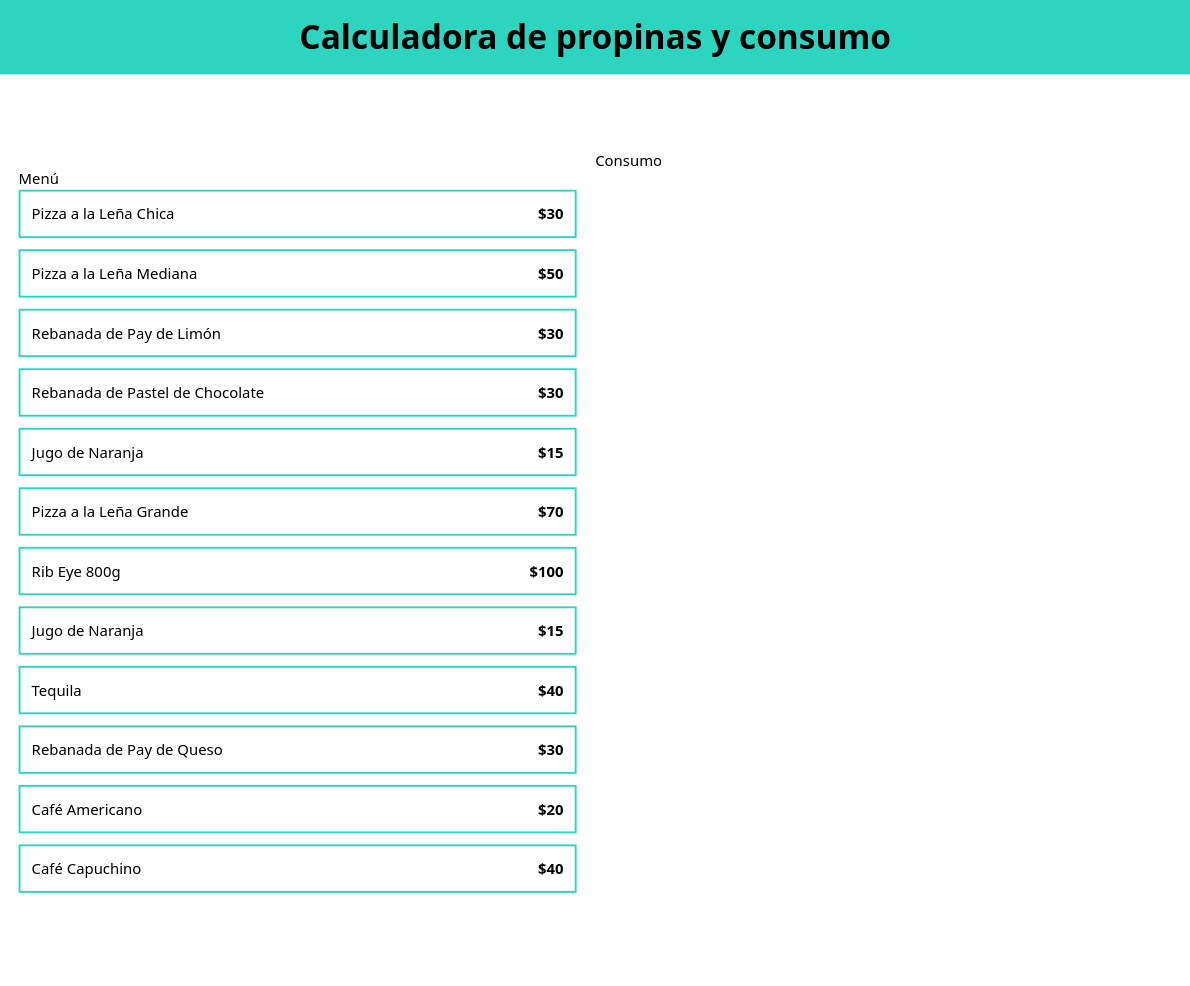
Repository: Samuel-Leal96/calculador_propinas
Page: /
The author's editor kept a copy of each file at every save. The page is drawn from the files as they stood at one save, then again after the next save.
The browser window is 1280 px wide. The pictures show the whole page, at 93% of full size.
The project was rebuilt for these pictures with package versions that can differ from the ones it lists, and the page was loaded fresh each time. Also part of the build but not shown: vite.config.ts.

Above is the page before, as saved 2025-10-20 17:16:38.

After the next save:
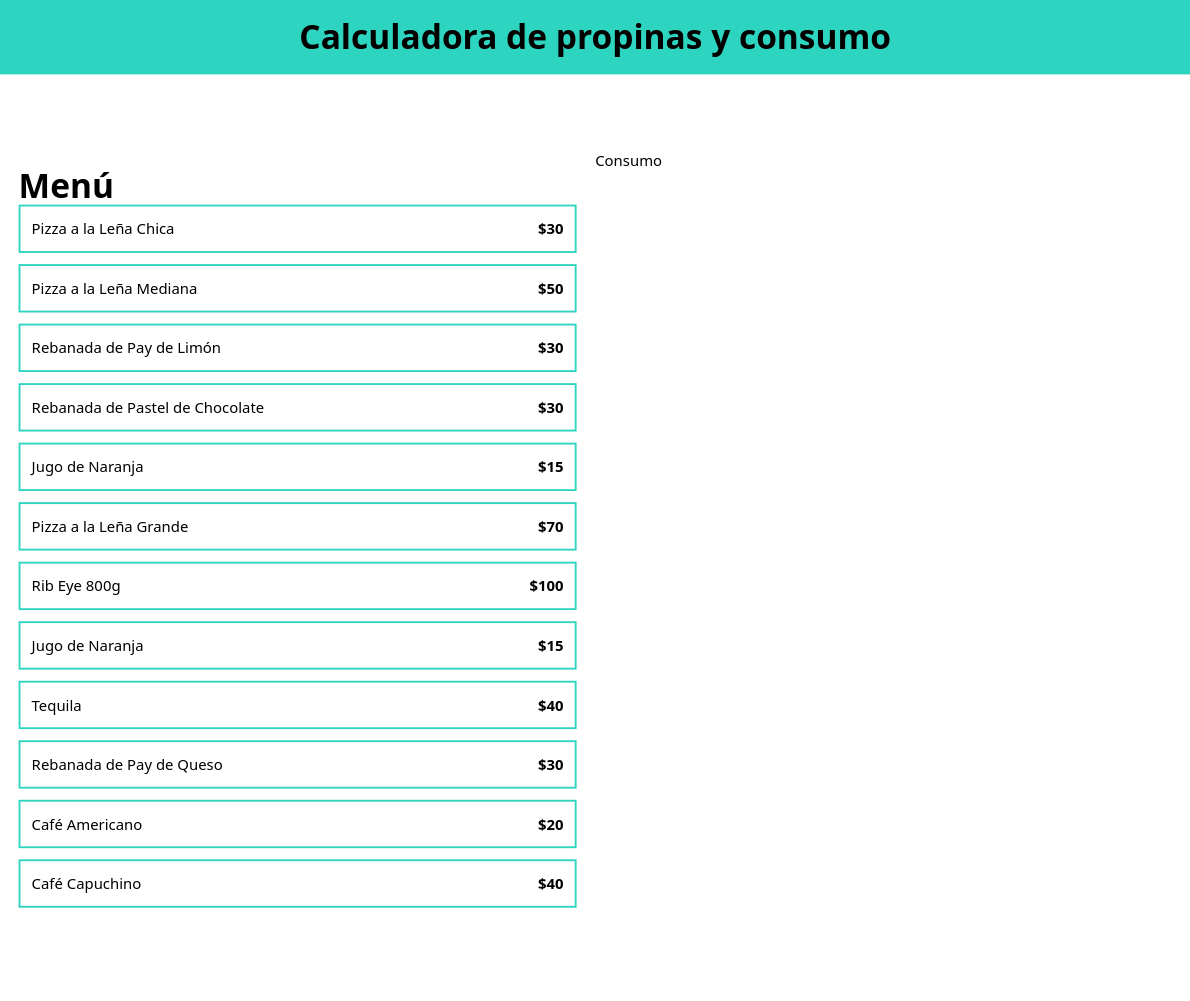
Saved 20 s later.
--- a/src/App.tsx
+++ b/src/App.tsx
@@ -11,7 +11,7 @@ function App() {
 
       <main className="max-w-7xl mx-auto py-20 grid md:grid-cols-2">
         <div className="p-5">
-          <h2>Menú</h2>
+          <h2 className="text-4xl font-black">Menú</h2>
 
           <div className="space-y-3">
             {menuItems.map((item) => (
